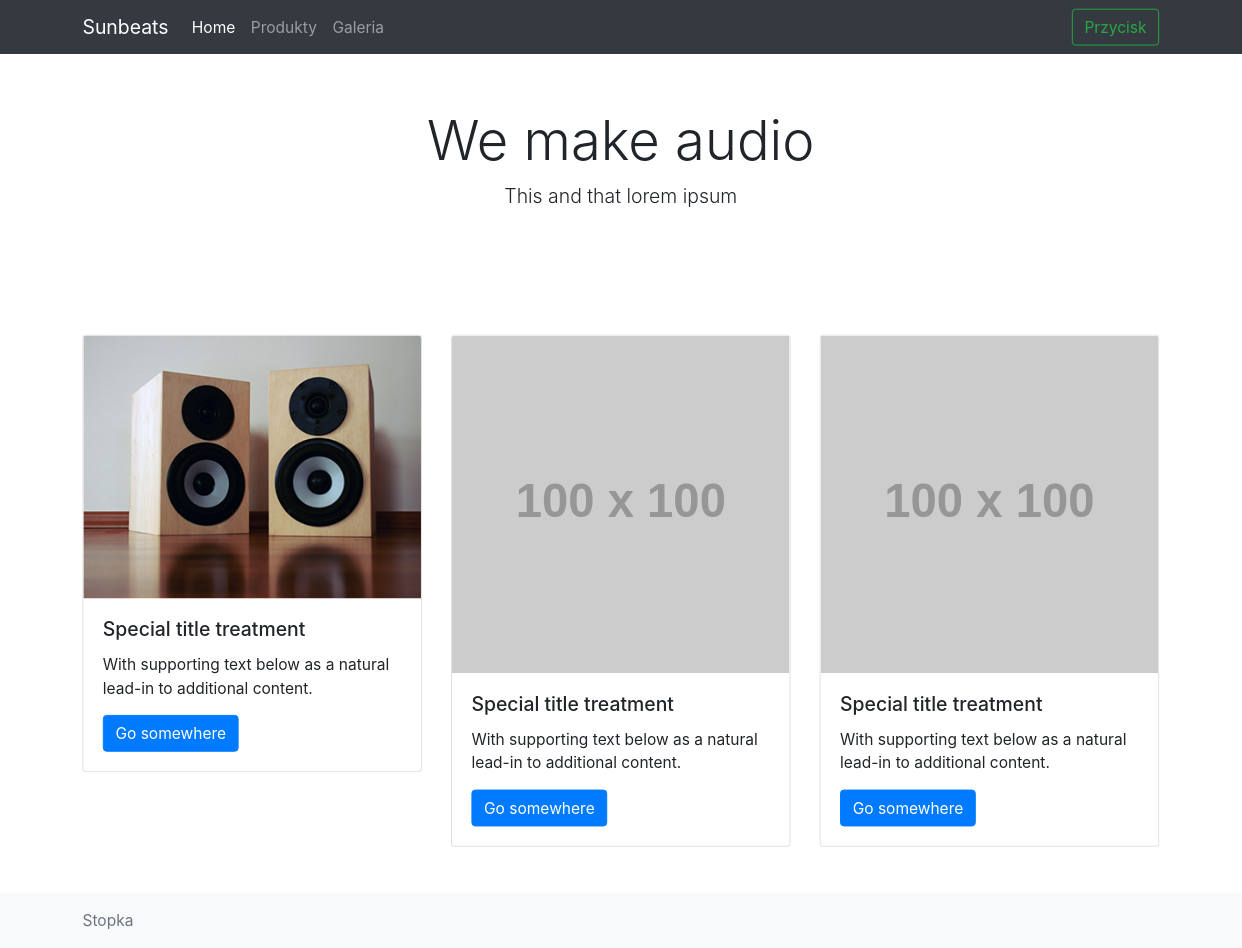
Repository: Audio-site/sunbeats
Page: index.html
These files come from the project's save history. The page is drawn as it stood at one moment and after the next save; the edit follows.
The browser window is 1280 px wide. The pictures show the whole page, at 97% of full size.

Above is the page before, as saved 2020-08-25 01:06:37.

After the next save:
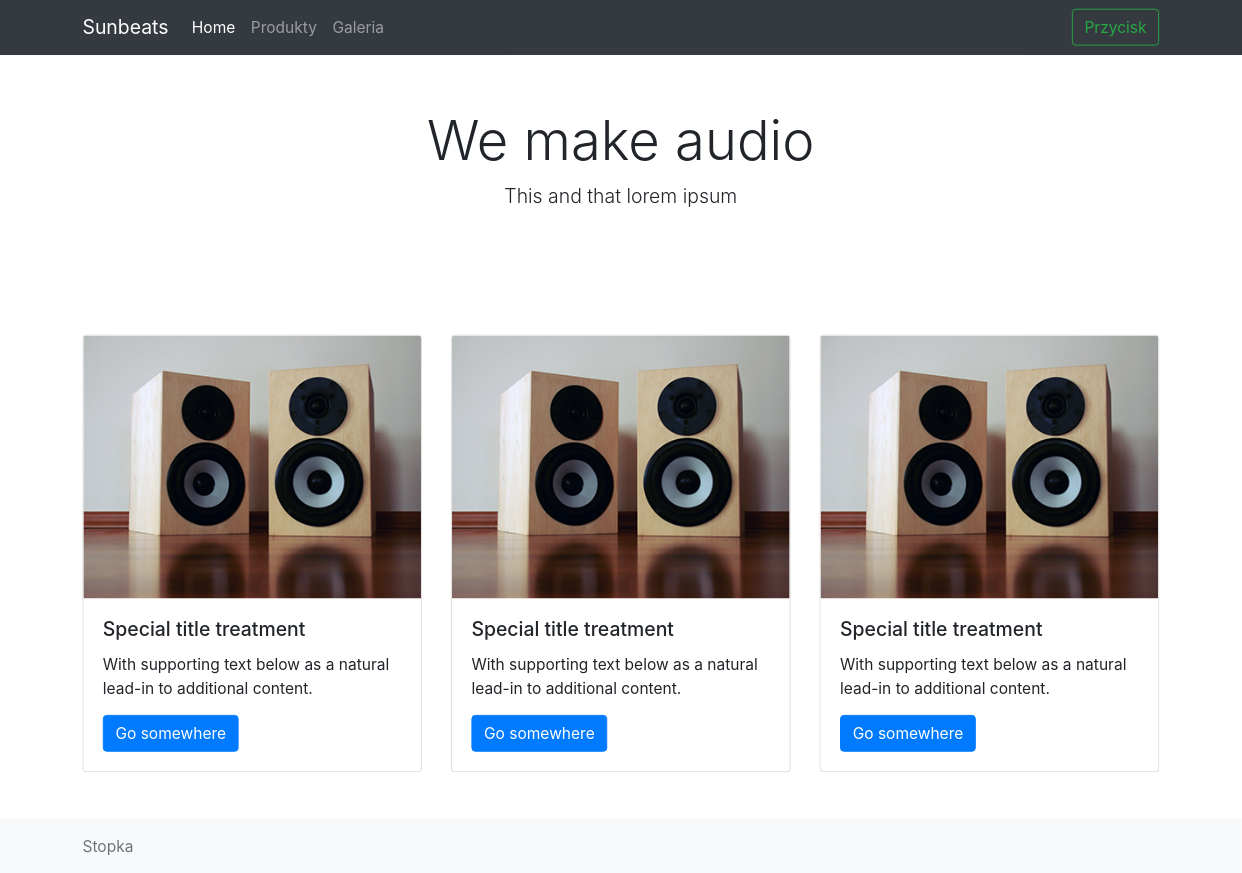
Saved 9 s later.
--- a/index.html
+++ b/index.html
@@ -69,7 +69,7 @@
           </div>
           <div class="col-sm-4">
             <div class="card">
-              <img src="https://placehold.it/100x100" class="card-img-top" alt="...">
+              <img src="../assets/img/a.jpg" class="card-img-top" alt="...">
               <div class="card-body">
                 <h5 class="card-title">Special title treatment</h5>
                 <p class="card-text">With supporting text below as a natural lead-in to additional content.</p>
@@ -79,7 +79,7 @@
           </div>
           <div class="col-sm-4">
             <div class="card">
-              <img src="https://placehold.it/100x100" class="card-img-top" alt="...">
+              <img src="../assets/img/a.jpg" class="card-img-top" alt="...">
               <div class="card-body">
                 <h5 class="card-title">Special title treatment</h5>
                 <p class="card-text">With supporting text below as a natural lead-in to additional content.</p>
